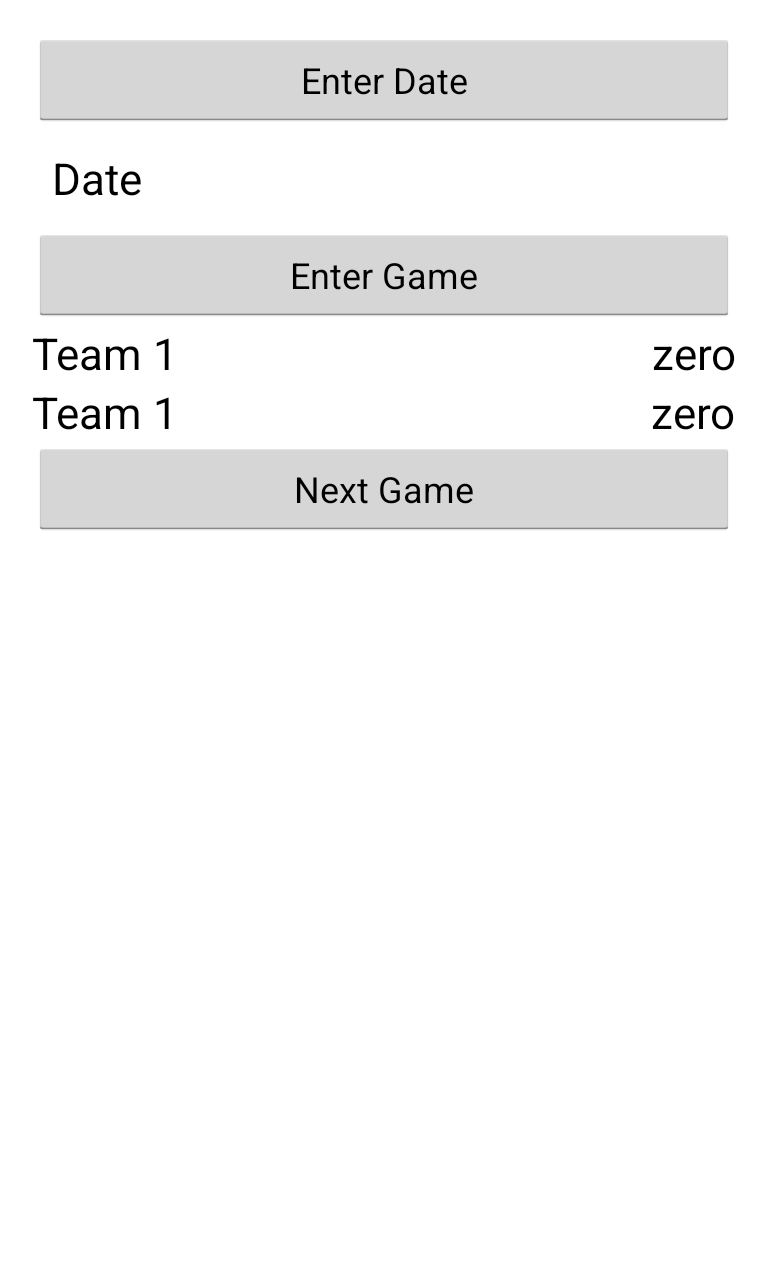
Repository: shervinshaikh/Android
Layout: NBAScoreTracker/res/layout/activity_sport_scores.xml
An editor plug-in stored every save of this project. The layout is shown before and after the next save, followed by the edit.
It is drawn on a 768 x 1280 px phone screen (xhdpi) without system bars, with theme AppTheme; the app's code is not run.

Above is the layout before, as saved 2013-04-27 18:45:47.

After the next save:
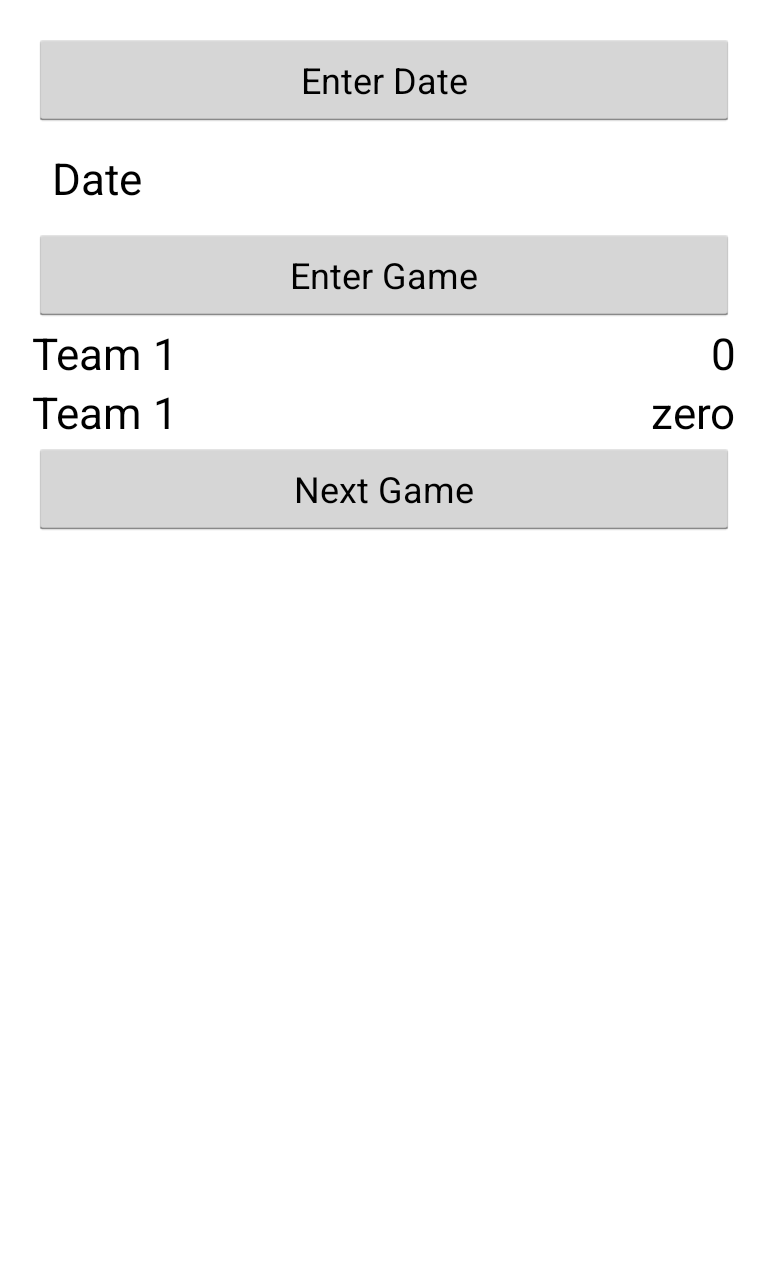
Saved 9 s later.
--- a/NBAScoreTracker/res/layout/activity_sport_scores.xml
+++ b/NBAScoreTracker/res/layout/activity_sport_scores.xml
@@ -52,7 +52,7 @@
             android:layout_width="wrap_content"
             android:layout_height="wrap_content"
             android:gravity="right"
-            android:text="zero"
+            android:text="@string/zero"
             android:textAppearance="?android:attr/textAppearanceLarge"
             android:layout_alignParentRight="true"
         	android:layout_alignParentTop="true" />
